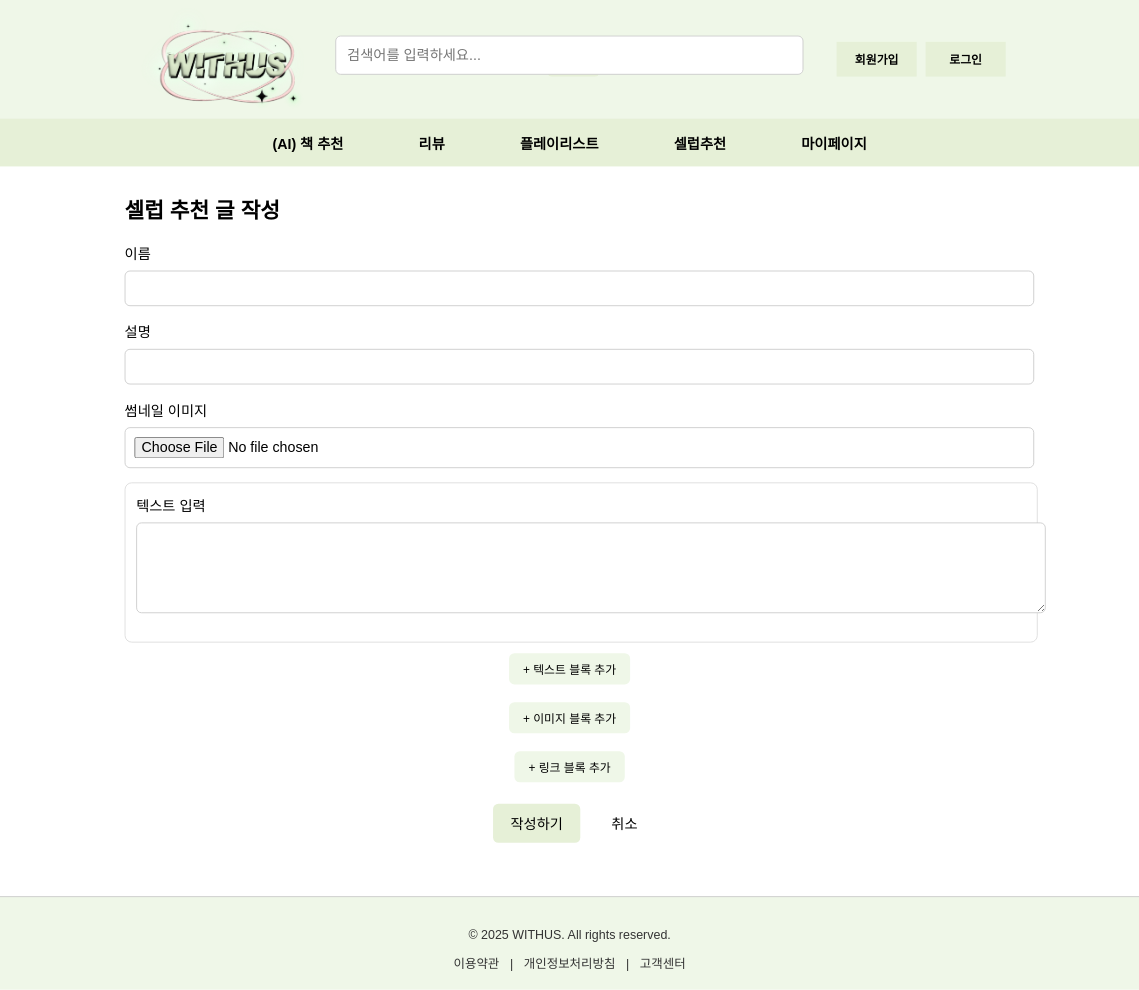
Repository: book-recommendation-team/book_recommendation_web_project
Page: http://localhost/2025_teamproject/celebForm.jsp
These files come from the project's save history. The page is drawn as it stood at one moment and after the next save; the edit follows.
The browser window is 1280 px wide. The pictures show the whole page, at 89% of full size.
The page is served by Tomcat 9. Other server files are loaded and not shown.

Above is the page before, as saved 2025-07-03 03:53:04.

### 2025_teamproject/src/main/webapp/celebForm.jsp
<%@ page contentType="text/html; charset=UTF-8" language="java"%>
<!DOCTYPE html>
<html>
<link rel="stylesheet"
	href="https://cdnjs.cloudflare.com/ajax/libs/font-awesome/6.5.0/css/all.min.css" />
<link rel="stylesheet" href="./css/celebList.css" />
<%@ include file="css/main_css.jsp"%>
<link rel="icon" href="img/icon2.png" type="image/x-icon">
<head>
<title>게시글 작성</title>
<style>
body {
	font-family: 'Arial', sans-serif;
	margin: 0;
	padding: 0;
	background-color: #fff;
	padding: 0;
}

.container {
	max-width: 1000px;
	margin: 30px auto;
}

h2 {
	margin-bottom: 20px;
}

input[type="text"], input[type="file"], textarea {
	width: 100%;
	padding: 10px;
	margin-top: 8px;
	margin-bottom: 16px;
	border: 1px solid #ccc;
	border-radius: 6px;
	font-size: 1rem;
}

.editor-block {
	width: 100%;
	border: 1px solid #ddd;
	padding: 12px;
	border-radius: 8px;
	margin-bottom: 12px;
	background-color: #fff;
}

.editor-block textarea {
	resize: vertical;
	min-height: 80px;
}

.editor-block input[type="file"] {
	background-color: #f4f4f4;
}

.button-box {
	text-align: center;
	margin-top: 24px;
}

.button-box button {
	padding: 10px 20px;
	font-size: 1rem;
	border: none;
	border-radius: 6px;
	margin-left: 10px;
	cursor: pointer;
}

.submit-btn {
	background-color: #e6f0d7;
	color: black;
}

.cancel-btn {
	background-color: #fff;
	color: black;
}

.add-block-btn {
	display: block;
	margin: 0 auto 20px;
	padding: 8px 16px;
	border-radius: 6px;
	background-color: #eff7e8;
	color: black;
	border: none;
	cursor: pointer;
}
</style>
</head>

<body>
	<header>
		<div id="logo">
			<a href="main.jsp"> <img src="img/logo.png" alt="로고">
			</a>
		</div>

		<div class="search-group">
			<input type="text" id="search-box" placeholder="검색어를 입력하세요..." />
			<button id="search-btn">검색</button>
		</div>
		<div id="user-buttons">
			<button id="join-btn" onclick="location.href='join.jsp'">회원가입</button>
			<button id="login-btn" onclick="location.href='Login.jsp'">로그인</button>
		</div>
	</header>

	<nav>
		<a href="#">(AI) 책 추천</a> <a
			href="${pageContext.request.contextPath}/reviewList">리뷰</a> <a
			href="#">플레이리스트</a> <a
			href="${pageContext.request.contextPath}/celebList">셀럽추천</a> <a
			href="#">마이페이지</a>
	</nav>
	<div class="container">

		<h2>셀럽 추천 글 작성</h2>

		<form action="submitCelebPost" method="post"
			enctype="multipart/form-data">
			<label>이름</label> <input type="text" name="title" required> <label>설명</label>
			<input type="text" name="desc" required> <label>썸네일 이미지</label>
			<input type="file" name="thumbnail" accept="image/*">

			<div id="editor-area">
				<div class="editor-block">
					<label>텍스트 입력</label>
					<textarea name="contentBlock1_text"></textarea>
				</div>
			</div>

			<div style="text-align: center; margin-bottom: 20px;">
				<button type="button" class="add-block-btn"
					onclick="addEditorBlock('text')">+ 텍스트 블록 추가</button>
				<button type="button" class="add-block-btn"
					onclick="addEditorBlock('image')">+ 이미지 블록 추가</button>
					<button type="button" class="add-block-btn"
	onclick="addEditorBlock('link')">+ 링크 블록 추가</button>
			</div>


			<div class="button-box">
				<button type="submit" class="submit-btn">작성하기</button>
				<button type="button" class="cancel-btn" onclick="history.back()">취소</button>
			</div>
		</form>
	</div>

		<footer>
		<div class="footer-container">
			<p>&copy; 2025 WITHUS. All rights reserved.</p>
			<div class="footer-links">
				<a href="#">이용약관</a> | <a href="#">개인정보처리방침</a> | <a href="#">고객센터</a>
			</div>
		</div>
	</footer>
	<script>
	let blockCount = 1;

	function addEditorBlock(type) {
		blockCount++;
		const editorArea = document.getElementById("editor-area");

		const blockDiv = document.createElement("div");
		blockDiv.className = "editor-block";

		if (type === "text") {
			blockDiv.innerHTML = `
				<label>텍스트 입력</label>
				<textarea name="contentBlock${blockCount}_text"></textarea>
			`;
		} else if (type === "image") {
			blockDiv.innerHTML = `
				<label>이미지 업로드</label>
				<input type="file" name="contentBlock${blockCount}_image" accept="image/*">
			`;
		} else if (type === "link") {
			blockDiv.innerHTML = `
				<label>책 제목</label>
				<input type="text" name="contentBlock${blockCount}_title" />

				<label>저자</label>
				<input type="text" name="contentBlock${blockCount}_author" />

				<label>출판사</label>
				<input type="text" name="contentBlock${blockCount}_publisher" />

				<label>발매일</label>
				<input type="text" name="contentBlock${blockCount}_pubDate" placeholder="예: 2022.07.20" />

				<label>책 표지 이미지</label>
				<input type="file" name="contentBlock${blockCount}_image" accept="image/*" />

				<label>책 링크</label>
				<input type="text" name="contentBlock${blockCount}_link" placeholder="https://..." />

				<label>설명</label>
				<textarea name="contentBlock${blockCount}_desc"></textarea>
			`;
		} else {
			alert("알 수 없는 블록 타입입니다.");
			return;
		}

		editorArea.appendChild(blockDiv);
	}

</script>


</body>
</html>

### 2025_teamproject/src/main/webapp/css/main_css.jsp
<%@ page language="java" contentType="text/html; charset=UTF-8"
    pageEncoding="UTF-8"%>
<!DOCTYPE html>
<style>
  /* 기본 스타일 (기존 유지) */
body {
    font-family: 'Arial', sans-serif;
    margin: 0;
    padding: 0;
    background-color: #fff;
}

header {
    display: flex;
    justify-content: space-between;
    align-items: center;
    background-color: #eff7e8;
    padding: 0px;
}

#logo img {
    width: 200px;
    height: auto;
    margin-left: 150px;
}

#logo a img {
    cursor: pointer;
}

#search-box {
    padding: 12px;
    width: 500px;
    border: 1px solid #ccc;
    position: absolute;
    left: 50%;
    transform: translateX(-50%);
}

.search-group {
    position: absolute;
    left: 50%;
    transform: translateX(-50%);
    display: flex;
    align-items: center;
}

#search-btn {
    background-color: #e6f0d7;
    border: none;
    padding: 10px 16px;
    margin-left: 8px;
    font-weight: bold;
    cursor: pointer;
    border-radius: 4px;
}

#search-btn:hover {
    background-color: #cce0b8;
}

#logout-btn,
#user-buttons button {
    background-color: #e6f0d7;
    border: none;
    padding: 10px 16px;
    cursor: pointer;
    width: 90px;
    font-weight: bold;
}

nav {
    background-color: #e6f0d7;
    text-align: center;
    padding: 15px 0;
}

nav a {
    text-decoration: none;
    margin: 0 40px;
    color: #000;
    font-weight: bold;
}

nav a:hover {
    text-decoration: underline;
}

#user-buttons {
    display: flex;
    gap: 10px;
    margin-right: 150px;
}

.banner {
    position: relative;
    width: 100%;
    height: 650px;
    overflow: hidden;
    background-color: #ffe04d;
}

.banner img {
    position: absolute;
    top: 0;
    left: 0;
    width: 100%;
    height: 100%;
    object-fit: cover;
    object-position: center center;
    opacity: 0.8;
    z-index: 1;
}

.banner-controls {
    position: absolute;
    bottom: 10px;
    right: 10px;
    z-index: 3;
    display: flex;
    gap: 6px;
}

.banner-controls button {
    background-color: rgba(255, 193, 7, 0.9);
    border: none;
    padding: 6px 8px;
    font-size: 14px;
    border-radius: 5px;
    cursor: pointer;
    color: #000;
    transition: background-color 0.3s ease;
}

.banner-controls button:hover {
    background-color: rgba(255, 160, 0, 0.95);
}

.section-title {
    background-color: #e6f0d7;
    display: flex;
    justify-content: center;
    flex-wrap: wrap;
    gap: 34px;
    padding: 18px 0;
     width: 100%;        /* ✅ 추가 */
    margin: 8px 0;      /* ✅ 가운데 정렬 제거 */
}

.section-title a {
    text-decoration: none;
    margin: 0 20px;
    color: #000;
    font-weight: bold;
}

.section-title a:hover {
    text-decoration: underline;
}

.main_list {
    padding: 20px;
    text-align: center;
}

.tag-list {
    display: flex;
    justify-content: center;
    flex-wrap: wrap;
    gap: 12px;
    margin: 20px 0;
}

.tag-button {
    background-color: #e6f0d7; /* 기본 연그린 */
    border: 1px solid transparent;
    padding: 8px 16px;
    border-radius: 20px;
    font-size: 14px;
    color: #446b3c; /* 그린 계열 텍스트 */
    cursor: pointer;
    font-weight: 600;
    transition: background-color 0.3s, color 0.3s, border 0.3s;
    outline: none;
}

.tag-button:hover {
    background-color: #d0e6c5;             /* hover 시 약간 더 진한 그린 */
    color: #2e4f25;
}

.tag-button.active {
    background-color: #c0dab0;             /* 클릭됐을 때 조금 더 강조 */
    border: 1px solid #8cb78a;             /* 테두리도 자연스러운 초록 */
    color: #2e4f25;                        /* 글자도 어울리는 진한 그린 */
}

.tag-button:focus {
    outline: none;
    box-shadow: none;
}

/* 책 슬라이더 스타일 */
.book-carousel {
    position: relative;
    max-width: 1000px;
    margin: 0 auto 40px auto;
    overflow: hidden;
}

.carousel-window {
    width: 1000px;
    overflow: hidden;
    margin: 0 auto;
}

.carousel-track {
    display: flex;
    transition: transform 0.5s ease;
}

/* 이전/다음 버튼 - 위치 고정, 색상 조정 */
.carousel-btn {
    position: absolute;
    top: 50%;
    transform: translateY(-50%);
    font-size: 26px;
    background-color: #f3f8ef;
    border: none;
    color: #444;
    cursor: pointer;
    padding: 8px 12px;
    border-radius: 50%;
    z-index: 2;
    display: flex;
    align-items: center;
    justify-content: center;
    transition: background-color 0.3s, color 0.3s;
    user-select: none;
}

.carousel-btn:hover {
    background-color: #c8dfb5;
    color: #000;
}

.carousel-btn.prev {
    left: 10px;
}

.carousel-btn.next {
    right: 10px;
}

.book-item {
    flex: 0 0 25%;
    text-align: center;
    padding: 10px;
    box-sizing: border-box;
}

.book-item img {
    width: 180px;
    height: 260px;
    object-fit: cover;
    border-radius: 6px;
}

.book-info {
    margin-top: 8px;
}

.book-title {
    font-size: 14px;
    font-weight: bold;
    margin-top: 10px;
    color: #444;
}

.book-author {
    font-size: 12px;
    color: #666;
}

footer {
    background-color: #eff7e8;
    color: #333;
    padding: 20px 0;
    text-align: center;
    font-size: 14px;
    border-top: 1px solid #ccc;
    margin-top: 60px;
}

.footer-container {
    max-width: 1000px;
    margin: 0 auto;
}

.footer-links a {
    color: #333;
    text-decoration: none;
    margin: 0 8px;
}

.footer-links a:hover {
    text-decoration: underline;
}

 /* 이전/다음 버튼 스타일 */
#carousel-prev-btn, #carousel-next-btn {
    font-size: 18px;
    padding: 5px 12px;
    margin: 10px 5px 20px 5px;
    cursor: pointer;
    border: 1px solid #446b3c;
    background: white;
    color: #446b3c;
    border-radius: 4px;
}
#carousel-prev-btn:hover, #carousel-next-btn:hover {
    background-color: #446b3c;
    color: white;
}
</style>

### 2025_teamproject/src/main/webapp/css/celebList.css
@charset "UTF-8";

body {
	font-family: 'Arial', sans-serif;
	margin: 0;
	padding : 0;
	background-color: #fff;
	padding: 0;
}

.container {
	max-width: 1200px;
	margin: 30px auto;
}

.grid {
	display: grid;
	grid-template-columns: repeat(auto-fill, minmax(220px, 1fr));
	gap: 30px;
}

.card {
	margin-top: 20px;
	position: relative;
	background-color: #fff;
	border-radius: 5px;
	overflow: hidden;
	box-shadow: 0 4px 10px rgba(0, 0, 0, 0.08);
	transition: transform 0.2s ease;
	text-decoration: none;
	color: #000;
}

.card:hover {
	transform: translateY(-2px);
}

.card img {
	width: 100%;
	height: 260px;
	object-fit: cover;
}

.card-content {
	padding: 12px 14px;
}

.card-title {
	font-size: 1rem;
	font-weight: bold;
	margin-bottom: 5px;
}

.card-desc {
	font-size: 0.875rem;
	color: #555;
	line-height: 1.4;
	height: 2.6em;
	overflow: hidden;
	text-overflow: ellipsis;
}

/* 북마크 아이콘 */
.bookmark-icon {
	position: absolute;
	top: 12px;
	right: 12px;
	font-size: 1.2rem;
	color: rgba(255, 255, 255, 0.5);
	padding: 6px;
	border-radius: 50%;
	transition: color 0.2s ease;
}

.bookmark-icon:hover {
	color: #fff;
}

#topBtn {
	position: fixed;
	bottom: 40px;
	right: 40px;
	z-index: 9999;
	background-color: white;
	color: gray;
	border: none;
	border-radius: 50%;
	padding: 16px 18px;
	cursor: pointer;
	box-shadow: 0 8px 8px rgba(0,0,0,0.4);
	font-size: 1.5rem;
}

After the next save:
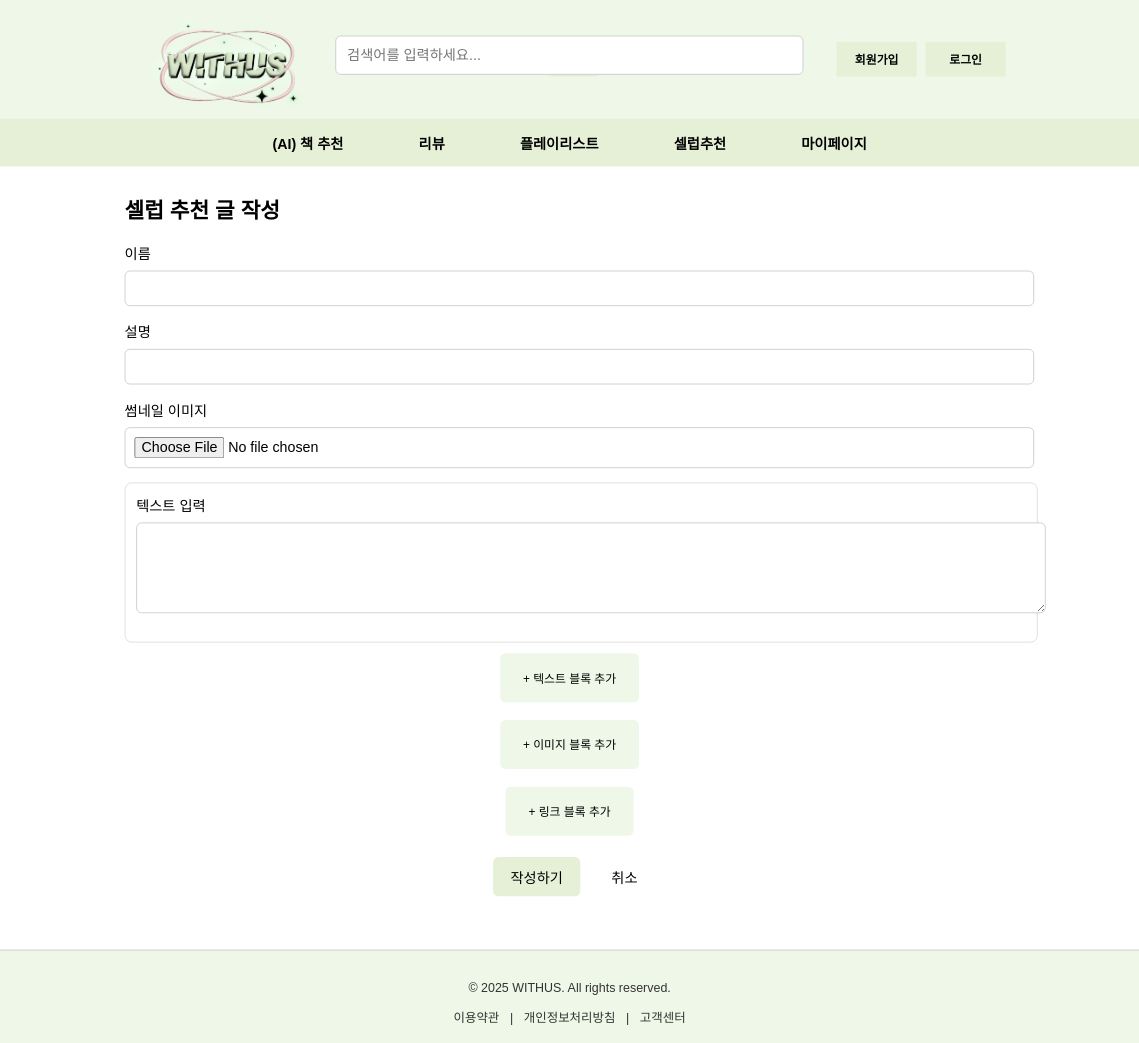
Saved 13 s later.
--- a/2025_teamproject/src/main/webapp/celebForm.jsp
+++ b/2025_teamproject/src/main/webapp/celebForm.jsp
@@ -85,7 +85,7 @@ input[type="text"], input[type="file"], textarea {
 	border-radius: 6px;
 	background-color: #eff7e8;
 	color: black;
-	border: none;
+	border: 10px solid #eff7e8;
 	cursor: pointer;
 }
 </style>
